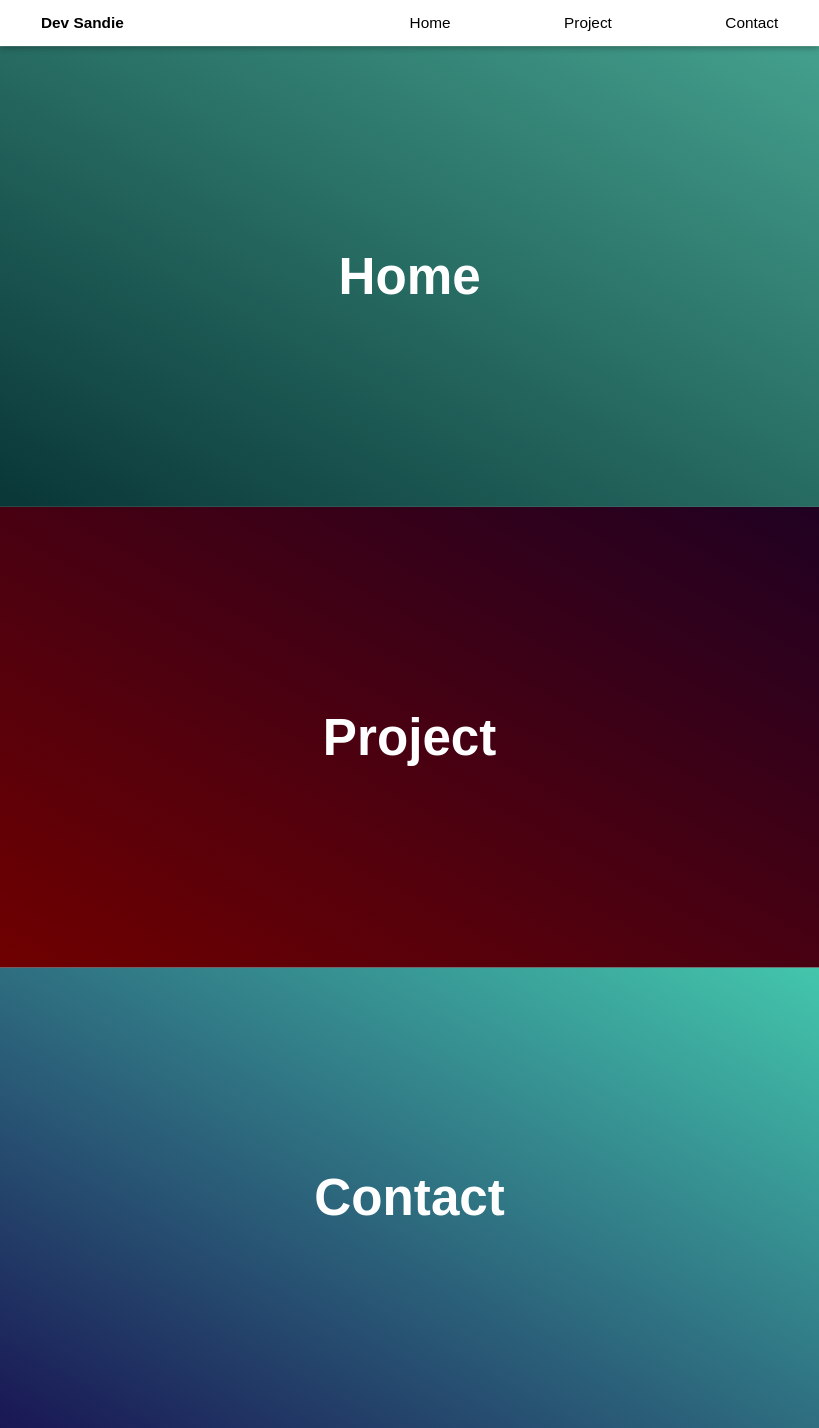
Repository: iphyokafor/fluid-navbar
Page: index.html
An editor plug-in stored every save of this project. The page is shown before and after the next save, followed by the edit.
The browser window is 1280 px wide. The pictures show the whole page, at 64% of full size.

Above is the page before, as saved 2020-01-07 02:24:31.

### index.html
<!DOCTYPE html>
<html lang="en">

<head>
    <meta charset="UTF-8">
    <meta name="viewport" content="width=device-width, initial-scale=1.0">
    <meta http-equiv="X-UA-Compatible" content="ie=edge">
    <title>Fluid Navbar</title>
    <link rel="stylesheet" href="style.css">
</head>

<body>
    <header>
        <nav>
            <h1>Dev Sandie</h1>
            <ul>
                <li><a data-page="home" href="#">Home</a></li>
                <li><a data-page="project" href="project">Project</a></li>
                <li><a data-page="contact" href="contact">Contact</a></li>
                <div class="bubble"></div>
            </ul>
        </nav>
    </header>
    <main>
        <section data-index="0" class="home">
            <h2>Home</h2>
        </section>
        <section data-index="1" class="project">
            <h2>Project</h2>
        </section>
        <section data-index="2" class="contact">
            <h2>Contact</h2>
        </section>
    </main>
    <script src="./app.js"></script>
</body>

</html>

### style.css
* {
    margin: 0;
    padding: 0;
    box-sizing: border-box;
}

body {
    font-family: sans-serif;
}

header {
    box-shadow: 0px 3px 10px rgba(0, 0, 0, 0.3);
    position: sticky;
    top: 0px;
    background: white;
}

nav {
    min-height: 10vh;
    margin: auto;
    width: 90%;
    display: flex;
    align-items: center;
    justify-content: space-between;
}

nav h1,
nav ul {
    font-size: 1.5rem;
    flex: 1;
}

nav ul {
    list-style: none;
    display: flex;
    justify-content: space-between;
}

nav a {
    color: black;
    text-decoration: none;
}

section {
    min-height: 100vh;
    display: flex;
    justify-content: center;
    align-items: center;
}

section h2 {
    font-size: 5rem;
    color: white;
}

.home {
    background: linear-gradient(to right top, #093637, #44A08D);
}

.project {
    background: linear-gradient(to right top, #6f0000, #200122);
}

.contact {
    background: linear-gradient(to right top, #191654, #43C6AC);
}

.bubble {
    position: absolute;
    z-index: -2;
    background: linear-gradient(to right top, #093637, #44A08D);
    ;
}

### app.js
const sections = document.querySelectorAll('section');
const bubble = document.querySelector('bubble');
const gradients = [
    "linear-gradient(to right top, #093637, #44A08D)",
    "linear-gradient(to right top, #6f0000, #200122)",
    "linear-gradient(to right top, #191654, #43C6AC)"
];


const options = {
    threshold: 0.7
};

let observer = new IntersectionObserver(navCheck, options);

function navCheck(entries) {
    entries.forEach(entry => {
        // console.log(entry);
    })
}

sections.forEach(section => {
    observer.observe(section);
});

After the next save:
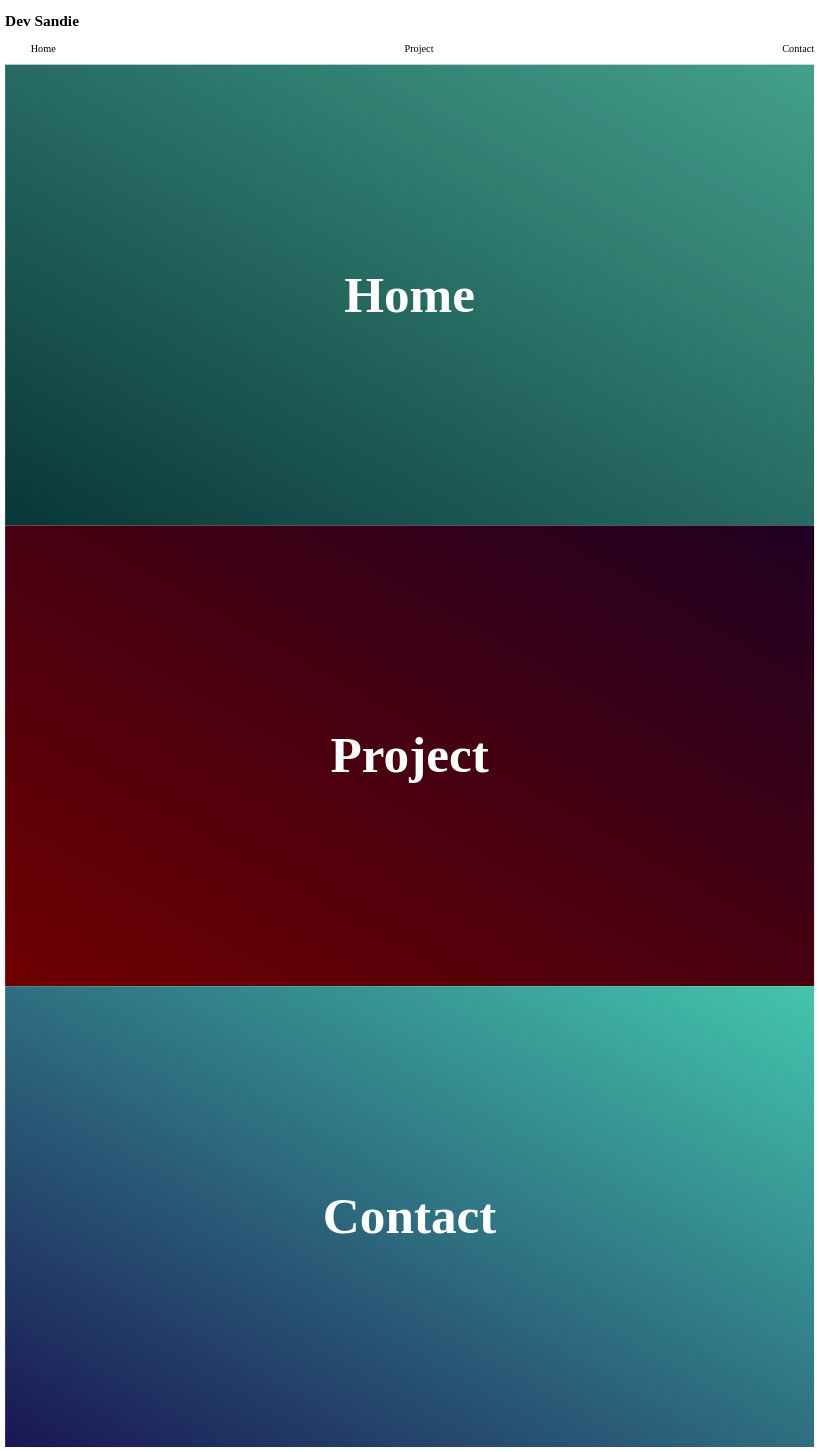
Saved 6 s later.
--- a/style.css
+++ b/style.css
@@ -1,73 +1,64 @@
-* {
-    margin: 0;
-    padding: 0;
-    box-sizing: border-box;
+const sections=document.querySelectorAll('section');
+const bubble=document.querySelector('bubble');
+const gradients=[ "linear-gradient(to right top, #093637, #44A08D)",
+"linear-gradient(to right top, #6f0000, #200122)",
+"linear-gradient(to right top, #191654, #43C6AC)"];
+const options= {
+    threshold: 0.7
 }
 
-body {
-    font-family: sans-serif;
+;
+let observer=new IntersectionObserver(navCheck, options);
+function navCheck(entries) {
+    entries.forEach(entry=> {
+        // console.log(entry);
+    }
+    )
 }
 
-header {
-    box-shadow: 0px 3px 10px rgba(0, 0, 0, 0.3);
-    position: sticky;
-    top: 0px;
-    background: white;
+sections.forEach(section=> {
+    observer.observe(section);
 }
 
-nav {
-    min-height: 10vh;
-    margin: auto;
-    width: 90%;
-    display: flex;
-    align-items: center;
-    justify-content: space-between;
+);
+justify-content: space-between;
+
 }
-
 nav h1,
 nav ul {
     font-size: 1.5rem;
     flex: 1;
 }
-
 nav ul {
     list-style: none;
     display: flex;
     justify-content: space-between;
 }
-
 nav a {
     color: black;
     text-decoration: none;
 }
-
 section {
     min-height: 100vh;
     display: flex;
     justify-content: center;
     align-items: center;
 }
-
 section h2 {
     font-size: 5rem;
     color: white;
 }
-
 .home {
     background: linear-gradient(to right top, #093637, #44A08D);
 }
-
 .project {
     background: linear-gradient(to right top, #6f0000, #200122);
 }
-
 .contact {
     background: linear-gradient(to right top, #191654, #43C6AC);
 }
-
 .bubble {
     position: absolute;
     z-index: -2;
     background: linear-gradient(to right top, #093637, #44A08D);
-    ;
 }
